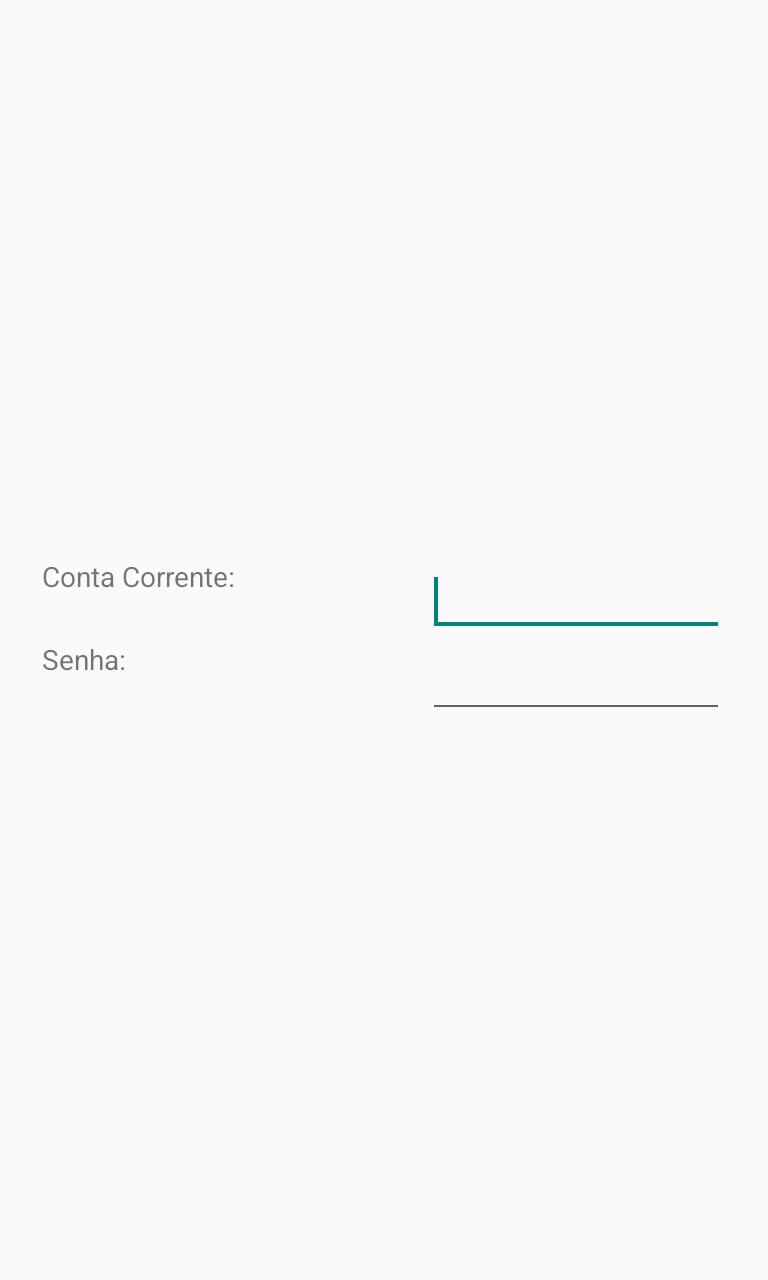
Repository: Desafio/Gerenciador-de-Conta-Corrente
Layout: GerenciadorDeConta/res/layout/fragment_login.xml
An editor plug-in stored every save of this project. The layout is shown before and after the next save, followed by the edit.
It is drawn on a 768 x 1280 px phone screen (xhdpi) without system bars, with theme AppTheme; the app's code is not run.

Above is the layout before, as saved 2014-04-05 04:04:37.

### GerenciadorDeConta/res/layout/fragment_login.xml
<RelativeLayout xmlns:android="http://schemas.android.com/apk/res/android"
    xmlns:tools="http://schemas.android.com/tools"
    android:layout_width="match_parent"
    android:layout_height="match_parent"
    android:paddingBottom="@dimen/activity_vertical_margin"
    android:paddingLeft="@dimen/activity_horizontal_margin"
    android:paddingRight="@dimen/activity_horizontal_margin"
    android:paddingTop="@dimen/activity_vertical_margin"
    tools:context="com.example.gerenciadordeconta.fragments.LoginActivity$PlaceholderFragment" >

    <LinearLayout
        android:layout_width="wrap_content"
        android:layout_height="wrap_content"
        android:layout_centerInParent="true"
        android:orientation="vertical"
        android:paddingLeft="5dp"
        android:paddingRight="5dp" >

        <RelativeLayout
            android:layout_width="wrap_content"
            android:layout_height="match_parent"
            android:orientation="horizontal" >

            <TextView
                android:layout_width="wrap_content"
                android:layout_height="wrap_content"
                android:text="@string/login_conta_corrente" />

            <EditText
                android:id="@+id/contaCorrente"
                android:layout_width="150dp"
                android:layout_height="wrap_content"
                android:layout_alignParentRight="true"
                android:inputType="text" >

                <requestFocus />
            </EditText>
        </RelativeLayout>

        <RelativeLayout
            android:layout_width="wrap_content"
            android:layout_height="match_parent" >

            <TextView
                android:layout_width="wrap_content"
                android:layout_height="wrap_content"
                android:text="@string/login_senha" />

            <EditText
                android:id="@+id/senha"
                android:layout_width="150dp"
                android:layout_height="wrap_content"
                android:layout_alignParentRight="true"
                android:inputType="text" />
        </RelativeLayout>
    </LinearLayout>

</RelativeLayout>

### GerenciadorDeConta/res/values/strings.xml
<?xml version="1.0" encoding="utf-8"?>
<resources>

    <string name="app_name">GerenciadorDeConta</string>
    <string name="title_section1">Section 1</string>
    <string name="title_section2">Section 2</string>
    <string name="title_section3">Section 3</string>
    <string name="navigation_drawer_open">Open navigation drawer</string>
    <string name="navigation_drawer_close">Close navigation drawer</string>
    <string name="action_example">Example action</string>
    <string name="action_settings">Settings</string>
    <string name="title_activity_login">Login</string>
    <string name="hello_world">Hello world!</string>
    <string name="login_conta_corrente">Conta Corrente:</string>
    <string name="login_senha">Senha:</string>

</resources>

Loaded but not shown: GerenciadorDeConta/res/values/styles.xml (common file); GerenciadorDeConta/res/values-v11/styles.xml (common file); GerenciadorDeConta/res/values-v14/styles.xml (common file); GerenciadorDeConta/res/values/dimens.xml (common file); GerenciadorDeConta/res/values-w820dp/dimens.xml (common file)

After the next save:
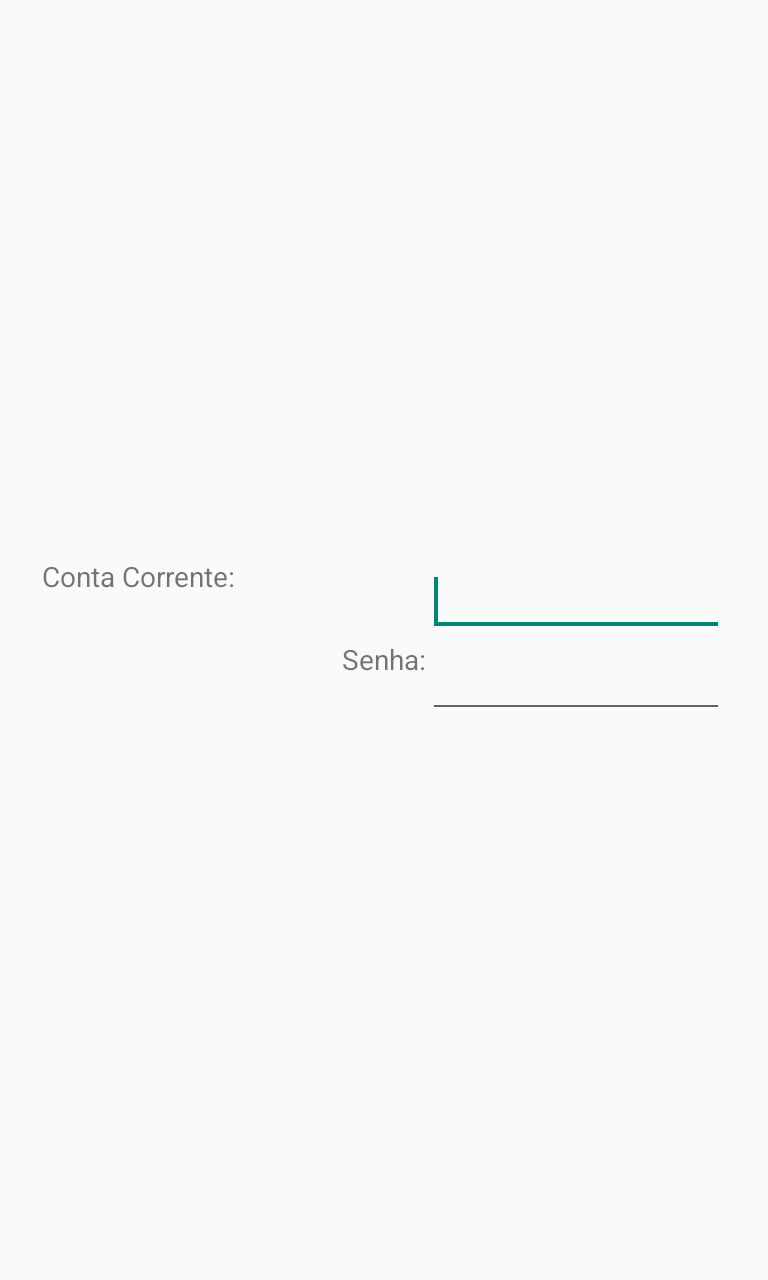
Saved 34 s later.
--- a/GerenciadorDeConta/res/layout/fragment_login.xml
+++ b/GerenciadorDeConta/res/layout/fragment_login.xml
@@ -44,7 +44,8 @@
             <TextView
                 android:layout_width="wrap_content"
                 android:layout_height="wrap_content"
-                android:text="@string/login_senha" />
+                android:text="@string/login_senha"
+                android:layout_centerHorizontal="true" />
 
             <EditText
                 android:id="@+id/senha"
